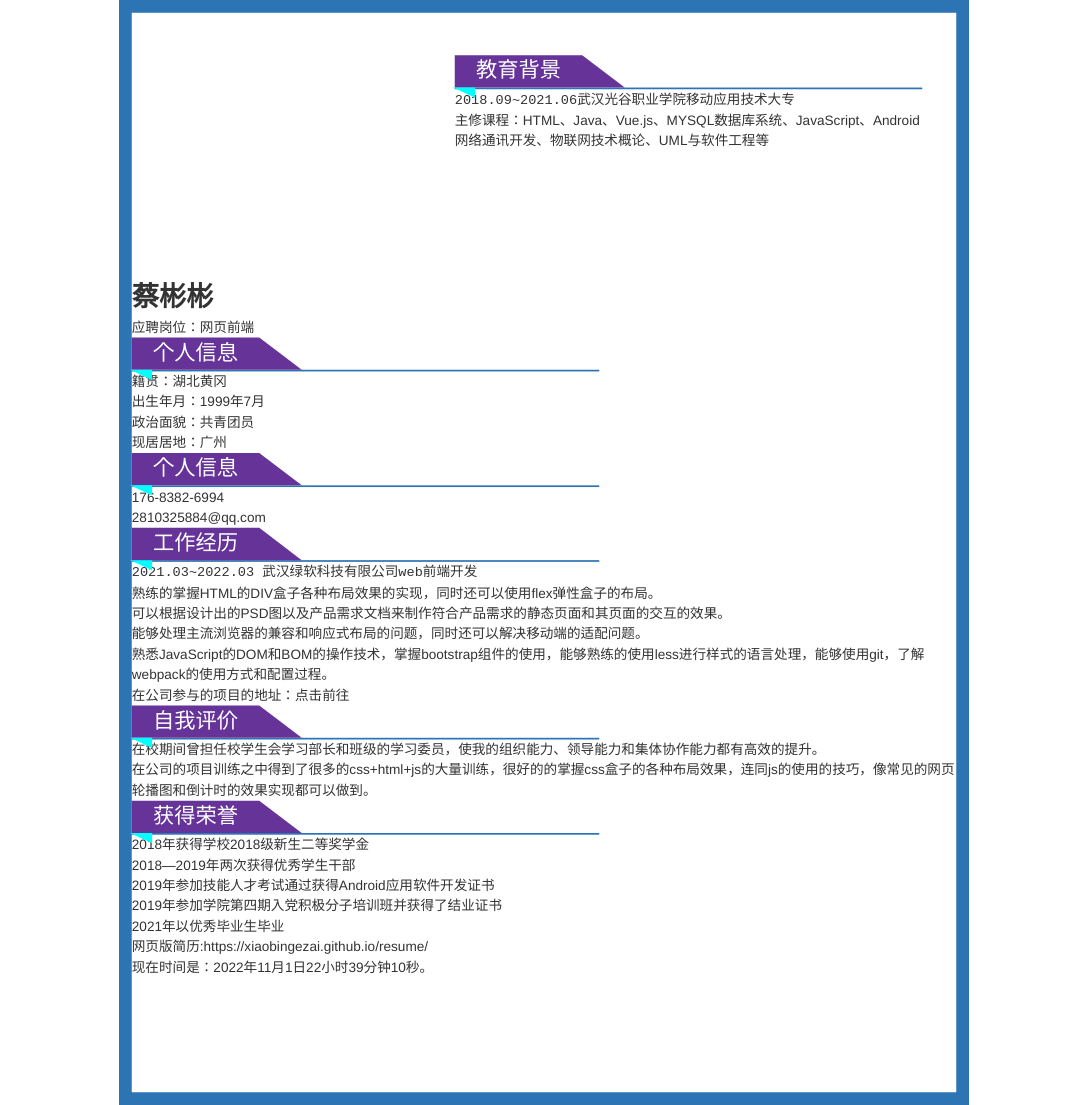
Repository: xiaobingezai/resume
Page: index.html
An editor plug-in stored every save of this project. The page is shown before and after the next save, followed by the edit.
The browser window is 1280 px wide. The pictures show the whole page, at 85% of full size.

Above is the page before, as saved 2022-11-02 20:45:20.

### index.html
<!DOCTYPE html>
<html lang="en">

<head>
    <meta charset="UTF-8">
    <meta http-equiv="X-UA-Compatible" content="IE=edge">
    <meta name="viewport" content="width=device-width, initial-scale=1.0">
    <title>Document</title>
    <link rel="stylesheet" href="css/index.css">
</head>

<body>
    <div class="wrapper" id="zhengTi">
        <div id="head">

            <div class="jiaoYuBeiJing">
                <div class="zhuangShiTuPian"><samp>教育背景</samp></div>
                <div class="samp1">
                    <samp>2018.09~2021.06</samp><samp>武汉光谷职业学院</samp><samp>移动应用技术</samp><samp>大专</samp>
                </div>
                <p>主修课程：HTML、Java、Vue.js、MYSQL数据库系统、JavaScript、Android网络通讯开发、物联网技术概论、UML与软件工程等</p>
            </div>
        </div>
        <div id="content" class="clearfix">
            <div class="gongZuoJingLi1">
                <div class="first">
                    <h1>蔡彬彬</h1>
                    <p>应聘岗位：网页前端</p>
                </div>
                <div class="second">
                    <div class="zhuangShiTuPian"><samp>个人信息</samp></div>
                    <ul class="ul1">
                        <li>籍贯：湖北黄冈</li>
                        <li>出生年月：1999年7月</li>
                        <li>政治面貌：共青团员</li>
                        <li>现居居地：广州</li>
                    </ul>
                </div>
                <div class="third">
                    <div class="zhuangShiTuPian"><samp>个人信息</samp></div>
                    <ul class="ul2">
                        <li>176-8382-6994</li>
                        <li>2810325884@qq.com</li>
                    </ul>
                </div>
            </div>
            <div class="gongZuoJingLi">
                <div class="zhuangShiTuPian"><samp>工作经历</samp></div>

                <ul class="gongZuoJingLi2">
                    <div class="gongZuo">
                        <samp>2021.03~2022.03 </samp><samp>武汉绿软科技有限公司</samp><samp>web前端开发</samp>
                    </div>
                    <li>熟练的掌握HTML的DIV盒子各种布局效果的实现，同时还可以使用flex弹性盒子的布局。</li>
                    <li>可以根据设计出的PSD图以及产品需求文档来制作符合产品需求的静态页面和其页面的交互的效果。</li>
                    <li>能够处理主流浏览器的兼容和响应式布局的问题，同时还可以解决移动端的适配问题。</li>
                    <li>熟悉JavaScript的DOM和BOM的操作技术，掌握bootstrap组件的使用，能够熟练的使用less进行样式的语言处理，能够使用git，了解webpack的使用方式和配置过程。</li>
                    <li>在公司参与的项目的地址：<a href="http://www.downyi.com/" target="blank">点击前往</a></li>
                </ul>
            </div>
        </div>
        <div id="tail" class="clearfix">
            <div class="diBu1">
                <div class="zhuangShiTuPian"><samp>自我评价</samp></div>
                <ul>
                    <li>在校期间曾担任校学生会学习部长和班级的学习委员，使我的组织能力、领导能力和集体协作能力都有高效的提升。</li>
                    <li>在公司的项目训练之中得到了很多的css+html+js的大量训练，很好的的掌握css盒子的各种布局效果，连同js的使用的技巧，像常见的网页轮播图和倒计时的效果实现都可以做到。</li>
                </ul>
            </div>
            <div class="diBu2">
                <div class="zhuangShiTuPian"><samp>获得荣誉</samp></div>
                <ul>
                    <li>2018年获得学校2018级新生二等奖学金</li>
                    <li>2018—2019年两次获得优秀学生干部</li>
                    <li>2019年参加技能人才考试通过获得Android应用软件开发证书</li>
                    <li>2019年参加学院第四期入党积极分子培训班并获得了结业证书</li>
                    <li>2021年以优秀毕业生毕业</li>
                </ul>
            </div>
        </div>
        <div id="jianLi">
            <p >网页版简历:<a href="https://xiaobingezai.github.io/resume/" target="blank">https://xiaobingezai.github.io/resume/</a></p>
            <div class="daoJiShi"></div>
        </div>

        <script src="./js/index.js">
        </script>
    </div>

</body>

</html>

### css/index.css
/* 清除默认样式的代码 */
/* 去除常见标签默认的 margin 和 padding */
body,
h1,
h2,
h3,
h4,
h5,
h6,
p,
ul,
ol,
li,
dl,
dt,
dd,
input {
    margin: 0;
    padding: 0;
}

/* 內减模式 */
* {
    box-sizing: border-box;
}

/* 设置网页统一的字体大小、行高、字体系列相关属性 */
body {
    font: 16px/1.5 "Helvetica Neue", Helvetica, Arial, "Microsoft Yahei",
        "Hiragino Sans GB", "Heiti SC", "WenQuanYi Micro Hei", sans-serif;
    color: #333;
}

/* 去除列表默认样式 */
ul,
ol {
    list-style: none;
}

/* 去除默认的倾斜效果 */
em,
i {
    font-style: normal;
}

/* 去除a标签默认下划线，并设置默认文字颜色 */
a {
    text-decoration: none;
    color: #333;
}

/* 设置img的垂直对齐方式为居中对齐，去除img默认下间隙 */
img {
    vertical-align: middle;
}

/* 去除input默认样式 */
input {
    border: none;
    outline: none;
    color: #333;
}

/* 左浮动 */
.fl {
    float: left;
}

/* 右浮动 */
.fr {
    float: right;
}

/* 双伪元素清除法 */
.clearfix::before,
.clearfix::after {
    content: "";
    display: table;
}

.clearfix::after {
    clear: both;
}

/* 版心居中 */
.wrapper {
    width: 1240px;
    margin: 0 auto;
}

/* 网页的整体外框 */
#zhengTi {
    width: 1000px;
    height: 1300px;
    background-color: #fff;
    border: 15px solid #2d74b5;
}

/* 头部样式 */
#head {

    margin-top: 50px;
    width: 800px;
    height: 260px;
}
#head .zhaoPian img{
    width: 100%;
}
/* 头部内容样式 */
#head .zhaoPian {
    float: left;
    margin-left: 90px;
    width: 190px;
    height: 260px;
    /* background-color: pink; */
}

#head .jiaoYuBeiJing {
    float: right;
    margin-right: -130px;
    width: 550px;
    height: 260px;
    /* background-color: #000; */
}

/* 装饰横条背景 */
.zhuangShiTuPian {
    position: relative;
    text-align: center;
    line-height: 40px;
    font-size: 25px;
    color: #fff;
    width: 550px;
    height: 40px;
    border-bottom: 2px solid #2d74b5;
}

.zhuangShiTuPian::after {
    content: '';
    position: absolute;
    left: -2px;

    width: 0;
    height: 0;
    border-width: 0 26px 12px 0;
    border-style: solid;
    border-color: transparent aqua;
}

.zhuangShiTuPian samp {
    display: block;
    width: 200px;
    height: 0;
    border-bottom: 38px solid rebeccapurple;
    border-right: 50px solid transparent;
}

### js/index.js
let daoJiShi = document.querySelector('.daoJiShi');
            shiJian();
            function shiJian() {
                let time = new Date();
                let nian = time.getFullYear();
                let yue = time.getMonth();
                let ri = time.getDate();
                let h = time.getHours();
                let m = time.getMinutes();
                let s = time.getSeconds();
                let dangQianShiJian = '现在时间是：' + +nian + '年' + (yue + 1) + '月' + ri + '日' + h + '小时' + m + '分钟' + s + '秒' +
                    '。';
                daoJiShi.innerHTML = dangQianShiJian;
            }
            setInterval('shiJian()', 1000);

After the next save:
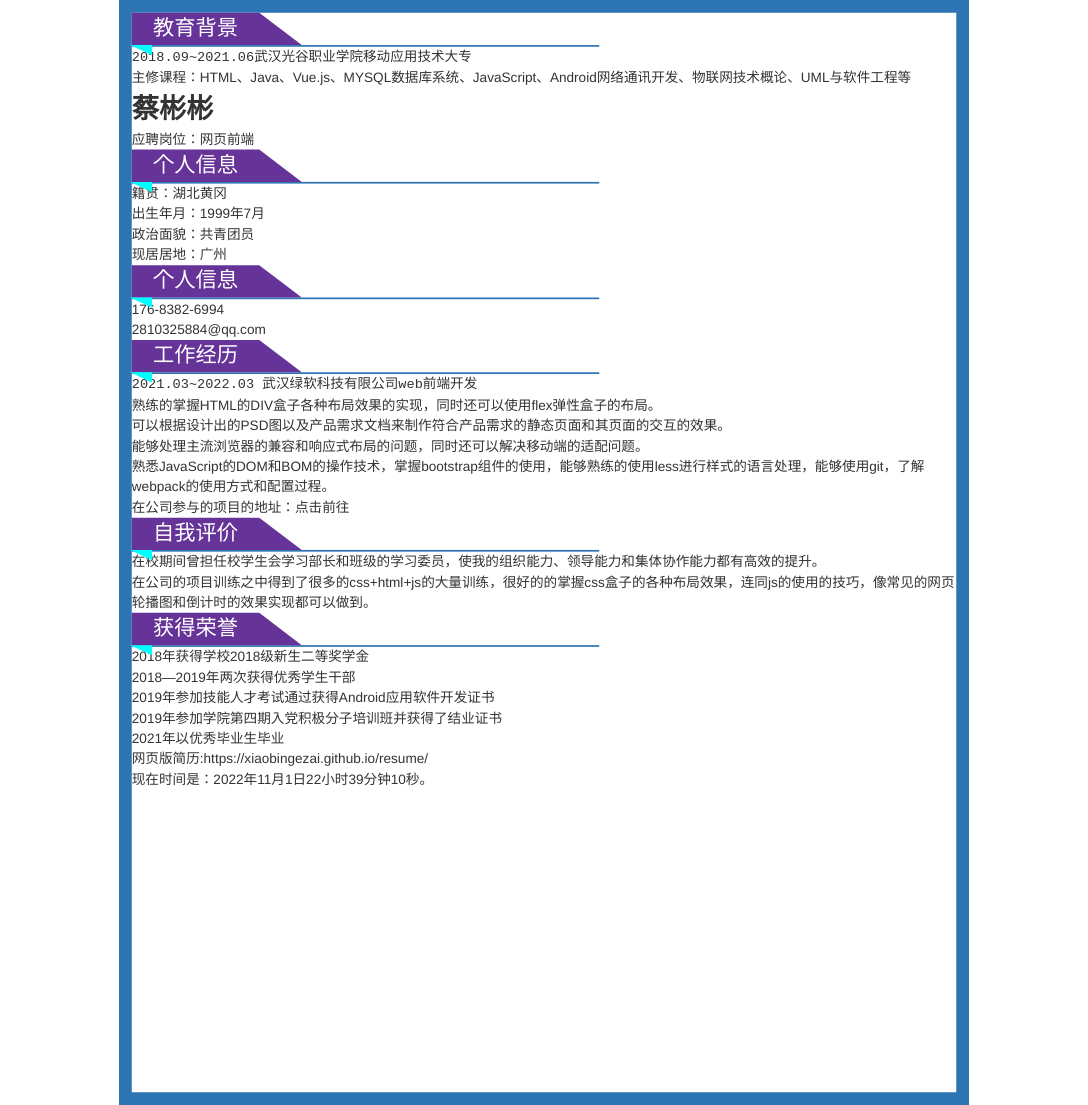
Saved 37 s later.
--- a/css/index.css
+++ b/css/index.css
@@ -96,33 +96,6 @@ input {
     border: 15px solid #2d74b5;
 }
 
-/* 头部样式 */
-#head {
-
-    margin-top: 50px;
-    width: 800px;
-    height: 260px;
-}
-#head .zhaoPian img{
-    width: 100%;
-}
-/* 头部内容样式 */
-#head .zhaoPian {
-    float: left;
-    margin-left: 90px;
-    width: 190px;
-    height: 260px;
-    /* background-color: pink; */
-}
-
-#head .jiaoYuBeiJing {
-    float: right;
-    margin-right: -130px;
-    width: 550px;
-    height: 260px;
-    /* background-color: #000; */
-}
-
 /* 装饰横条背景 */
 .zhuangShiTuPian {
     position: relative;
